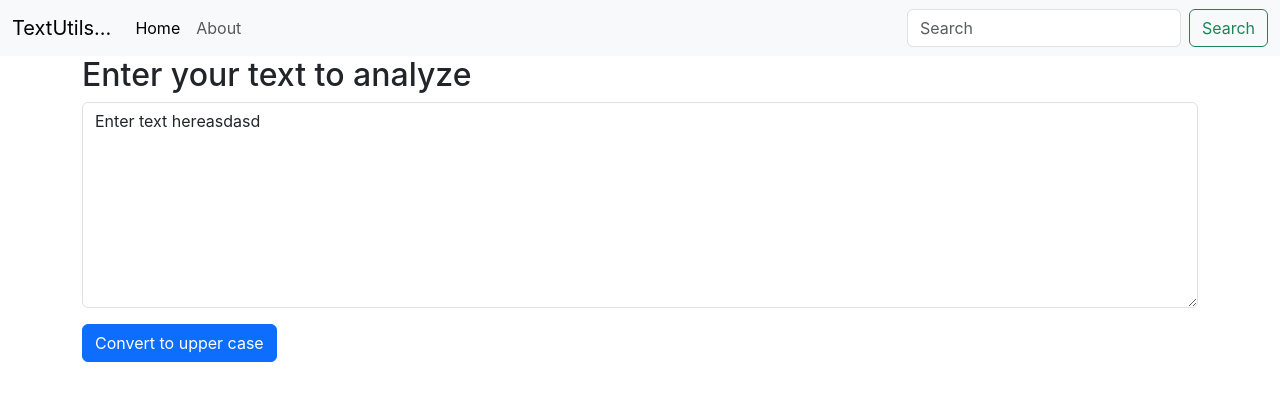
Repository: SujanNagaju/react-demo
Page: /
The author's editor kept a copy of each file at every save. The page is drawn from the files as they stood at one save, then again after the next save.
The browser window is 1280 px wide. The pictures show the whole page.
The project was rebuilt for these pictures with package versions that can differ from the ones it lists, and the page was loaded fresh each time. Also part of the build but not shown: src/App.css.

Above is the page before, as saved 2024-12-29 13:42:03.

After the next save:
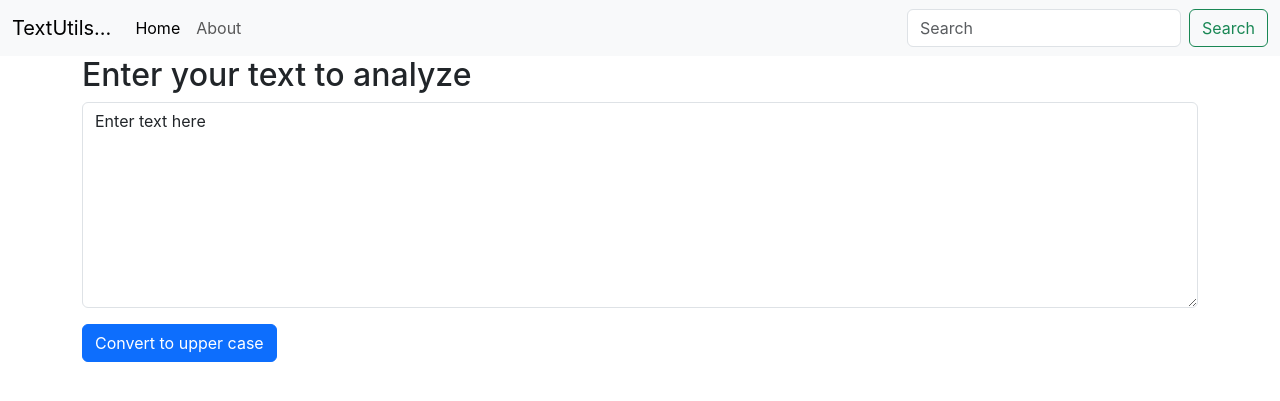
Saved 14 s later.
--- a/src/components/TextForm.js
+++ b/src/components/TextForm.js
@@ -12,7 +12,7 @@
     setText(event.target.value);
   }
 
-  const [text, setText] = useState("Enter text hereasdasd");
+  const [text, setText] = useState("Enter text here");
   return (
     <div>
       <h2>{props.heading}</h2>
